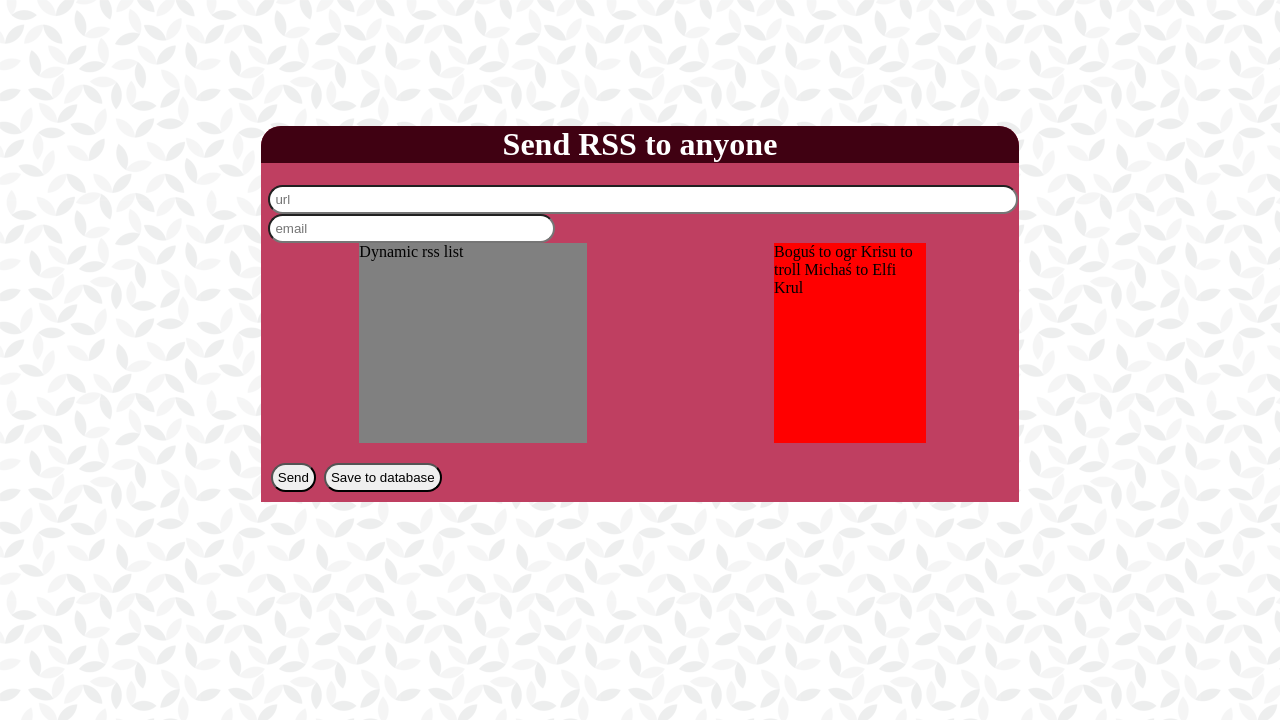
Repository: michalski9wsb/rss_final
Page: index.html
The author's editor kept a copy of each file at every save. The page is drawn from the files as they stood at one save, then again after the next save.
The browser window is 1280 px wide. The pictures show the whole page.
Some web fonts or font styles are not loaded; a fallback is used.

Above is the page before, as saved 2020-03-08 10:31:55.

### index.html
<!DOCTYPE html>
<html lang="pl">
    <head>
        <meta charset="utf-8" />
        <title>Send RSS</title>
        <meta name="deskription" content="Apk for RSS" />
        <meta name="keywords" content="RSS,aplication, send" />
        <meta http-equiv="X-UA-Compatioble" content="IE=edge,chrome=1" />
        <link href="style.css" rel="stylesheet" type="text/css" />
        <link href="https://fonts.googleapis.com/css?family=Trade+Winds&display=swap" rel="stylesheet">
    </head>
    <body>
        <form method="get" action="send.php">
            <h1>Send RSS to anyone</h1>
            <div class="url-flex row">
                <input id="url"  name="url" type="url" placeholder="url"/>
            </div>
            <div id="helper"><input id="email"  name="email" type="email" placeholder="email" /></div>
            <div class="email-flex row">

                <div id="debug">
                    <label for="debug">Dynamic rss list</label>
                    <div name="debug"  rows="10">

                    </div>

                </div>
                <div class="sendlist" >
                    Boguś to ogr
                    Krisu to troll
                    Michaś to Elfi Krul
                </div>

             </div>
             <div style="clear:both;"></div>
            <div class="row">
                <!--<div class="buttonCentre">-->
                    <input id="send" type="submit" value="Send"/>
                    <button id="save" name="save">Save to database</button>
                <!--</div>-->
            </div>
        </form>
    </body>
</html>

### style.css
body{
    background-image: url(geometric-leaves/geometric-leaves.png);
    font-family: 'Trade Winds' ;
}
h1{
    display: block;
    border-radius: 20px 20px 0px 0px;
    background-color: #400112;
    color: white;
    margin-left: auto;
    margin-right: auto;
    text-align: center;
    position: relative;
}
form{
    border-radius: 20px 20px 0 0;
    margin-left: 20%;
    margin-top: 10%;
    width: 60%;
    background-color: #BF3F61;
}
input{
    border-radius: 20px;
    padding: 5px;
}
input[type=submit]{
    margin-left: 10px;
}
button{
    border-radius: 20px;
    margin-left: 4px;
    padding: 5px;
    margin-bottom: 10px;
}
#debug{

    background-color: gray;
    flex-direction: column;
    margin-left: 5px;
    float: left;
    width: 30%;
    height: 200px;
}
.sendlist{
    background-color: red;
    height: 200px;
    width: 20%;
}

input#email{
    float: left;
    width: 36%;
    margin-left: 1%;
}
input#url{
    /*margin-top: 2%;*/
    margin-left: 1%;
    width: 97%;
}
.row{
    width: 100%;
    margin-top: 20px;
}
.email-flex{
    display: flex;
    justify-content: space-around;
}

After the next save:
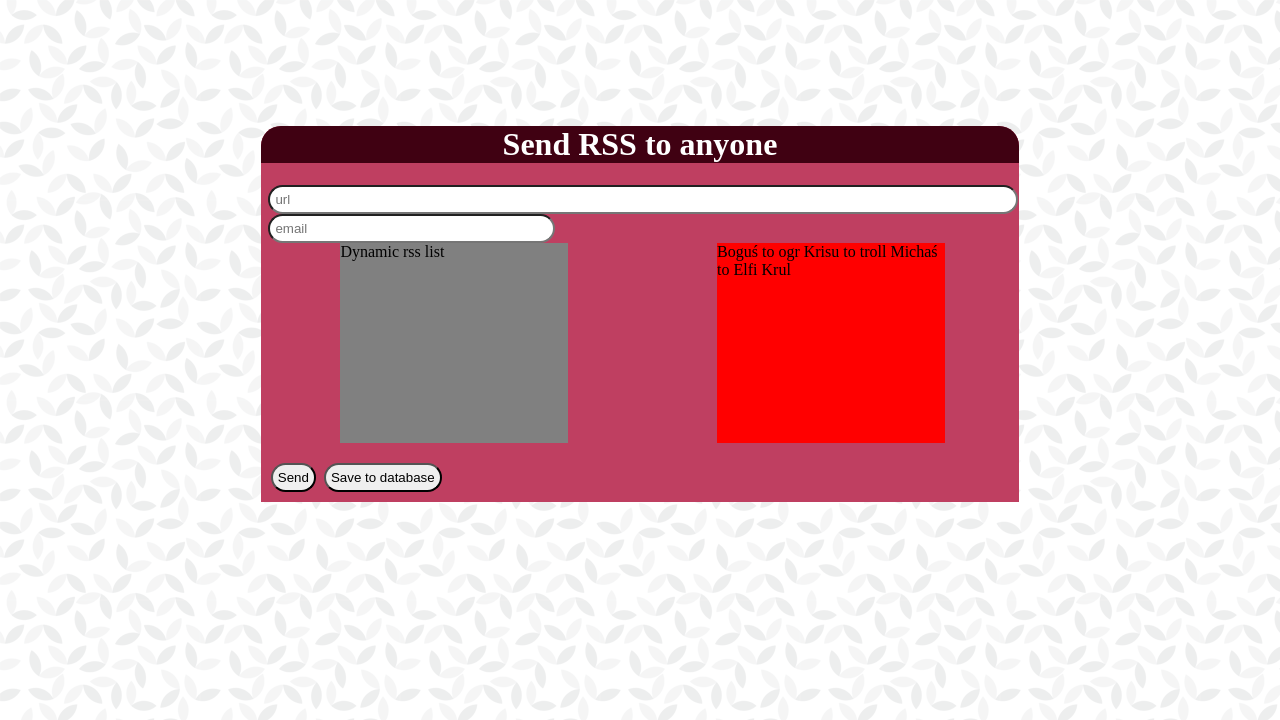
Saved 33 s later.
--- a/style.css
+++ b/style.css
@@ -44,7 +44,7 @@ button{
 .sendlist{
     background-color: red;
     height: 200px;
-    width: 20%;
+    width: 30%;
 }
 
 input#email{
